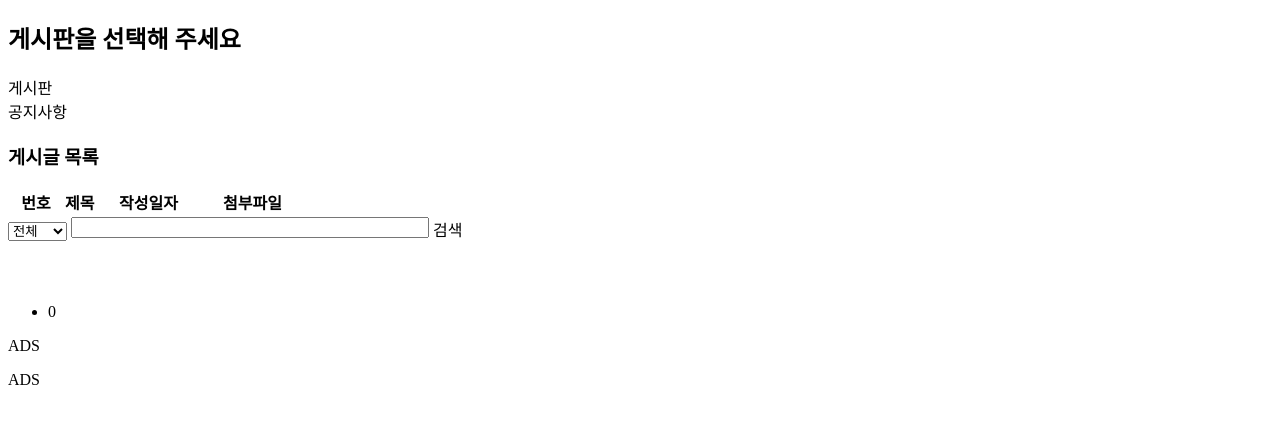
Repository: letzbegin/Study
Page: http://localhost/portfolio/WEB-INF/views/board/list.jsp
An editor plug-in stored every save of this project. The page is shown before and after the next save, followed by the edit.
The browser window is 1280 px wide. The pictures show the whole page.
The page is served by Tomcat 9. Nobody is signed in. Other server files are loaded and not shown. The template is opened directly, without the code that normally fills it, so the values that code supplies are empty.

Above is the page before, as saved 2018-10-15 04:44:58.

### pol/portfolio/src/main/webapp/WEB-INF/views/board/list.jsp
<%@ page language="java" contentType="text/html; charset=UTF-8"
	pageEncoding="UTF-8"%>
<%@ taglib prefix="c" uri="http://java.sun.com/jsp/jstl/core"%>
<!DOCTYPE html PUBLIC "-//W3C//DTD HTML 4.01 Transitional//EN" "http://www.w3.org/TR/html4/loose.dtd">
<html>
<head>
<meta http-equiv="Content-Type" content="text/html; charset=UTF-8">
<title>Insert title here</title>
<style type="text/css">
#list-top {
	width: 70%;
	padding-left: 15%;
	padding-bottom: 20px;
}
</style>
</head>
<body>
	<div class="container-fluid text-center">
		<div class="row content">
			<div class="col-sm-2">
				<h2>게시판을 선택해 주세요</h2>
				<div class="panel panel-default">
					<div class="panel-heading">게시판</div>
					<div class="panel-body">공지사항</div>
				</div>
			</div>
			<div class="col-sm-8 text-left">
				<h3>게시글 목록</h3>

				<table class="table">
					<tr>
						<th width="50px">번호</th>
						<th style="text-align: center;">제목</th>
						<th width="100px">작성일자</th>
						<th width="100px">첨부파일</th>
					</tr>
					<c:forEach items="${page.list }" var="vo">
						<tr>
							<td>${vo.no }</td>
							<td class="left" onclick="go_detail(${vo.id})">${vo.title }</td>
							<td>${vo.writedate }</td>
							<td>${ empty vo.filename ? '' : '<span class="glyphicon glyphicon-file"></span>' }</td>
						</tr>
					</c:forEach>
				</table>

				<span style="float: left;">
						 <select name="search">
								<option ${page.search eq 'all' ? 'selected' : '' } value="all">전체</option>
								<option ${page.search eq 'title' ? 'selected' : '' }
									value="title">제목</option>
								<option ${page.search eq 'content' ? 'selected' : '' }
									value="content">내용</option>
								<option ${page.search eq 'writer' ? 'selected' : '' }
									value="writer">작성자</option>
						</select> <input type="text" name="keyword" value="${page.keyword }"
							style="width: 350px; vertical-align: top;" /> <a
							class="btn btn-success btn-sm" onclick="$('form').submit()">검색</a>
						</span>
						<form method="post" action="list.bo" id="list">
					<p id="list-top">

						<c:if test="${!empty login_info }">
							<a class="btn-fill" style="float: right;"
								onclick="location='new.bo'">글쓰기</a>
						</c:if>

					</p>
					<input type="hidden" name="id" /> <input type="hidden"
						name="curPage" id="curPage" />
				</form>

				<br>
				<jsp:include page="/WEB-INF/views/board/page.jsp" />

			</div>
			<div class="col-sm-2 sidenav">
				<div class="well">
					<p>ADS</p>
				</div>
				<div class="well">
					<p>ADS</p>
				</div>
			</div>
		</div>
	</div>
</body>
<script type="text/javascript">
	function go_detail(id) {
		$('[name=id]').val(id);
		$('form').attr('action', 'detail.bo');
		$('form').submit();
	}
</script>
</html>

### pol/portfolio/src/main/webapp/WEB-INF/views/board/page.jsp
<%@ page language="java" contentType="text/html; charset=UTF-8"
    pageEncoding="UTF-8"%>
<%@ taglib prefix="c"  uri="http://java.sun.com/jsp/jstl/core"%>

<div class="page_list">

<!-- 이전블럭버튼: 이전블럭의 마지막페이지: page.beginPage-1
                     이전블럭의 첫페이지: page.beginPage-page.blockPage -->
<c:if test="${page.curBlock gt 1 }">
<a onclick="go_page(1)"><span class="glyphicon glyphicon-step-backward"></span>첫페이지</a>
<a onclick="go_page(${page.beginPage-page.blockPage})"><span class="glyphicon glyphicon-triangle-left"></span>이전블럭</a>
</c:if>
<ul class="pagination">
<c:forEach var="i" begin="${page.beginPage }" end="${page.endPage }">
	<c:if test="${i eq page.curPage }">
		<li class="active"><span class="page_on">${i }</span></li>
 	</c:if>

	<c:if test="${i ne page.curPage }">
 		<li><a class="page_off" onclick="go_page(${i})">${i }</a></li>
 	</c:if>
</c:forEach>
</ul>
<!-- 다음블럭버튼: 다음블럭첫페이지 -->
<c:if test="${page.curBlock lt page.totalBlock }">
<a onclick="go_page(${page.endPage+1})"><span class="glyphicon glyphicon-triangle-right"></span>다음</a><a
class="page_last" onclick="go_page(${page.totalPage})"><span class="glyphicon glyphicon-forward"></span>마지막페이지</a>
</c:if>
</div>

<script type="text/javascript">
function go_page(page){
	$('#curPage').val(page);
	$('#list').submit();
}
</script>

After the next save:
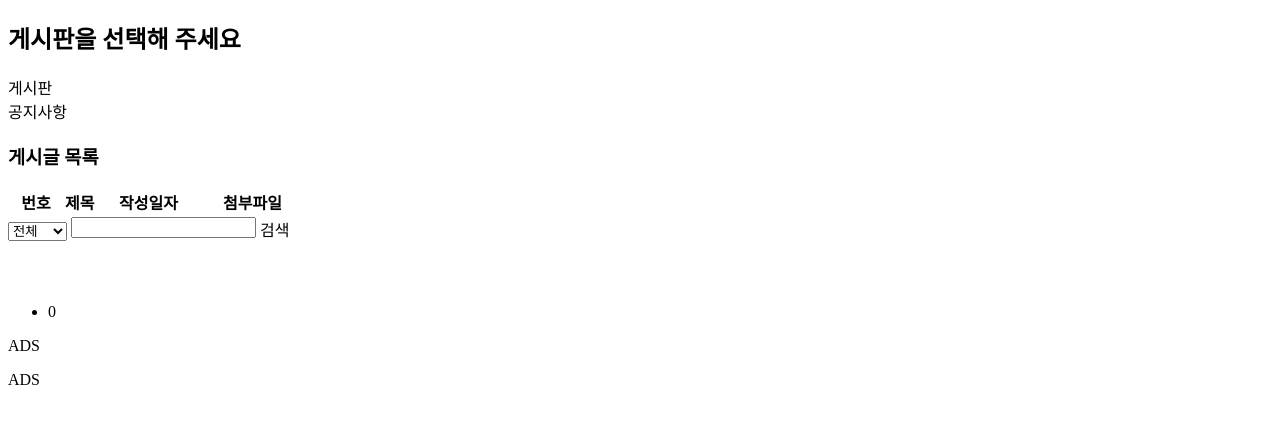
Saved 23 s later.
--- a/pol/portfolio/src/main/webapp/WEB-INF/views/board/list.jsp
+++ b/pol/portfolio/src/main/webapp/WEB-INF/views/board/list.jsp
@@ -54,7 +54,7 @@
 								<option ${page.search eq 'writer' ? 'selected' : '' }
 									value="writer">작성자</option>
 						</select> <input type="text" name="keyword" value="${page.keyword }"
-							style="width: 350px; vertical-align: top;" /> <a
+							style="vertical-align: top;" /> <a
 							class="btn btn-success btn-sm" onclick="$('form').submit()">검색</a>
 						</span>
 						<form method="post" action="list.bo" id="list">
